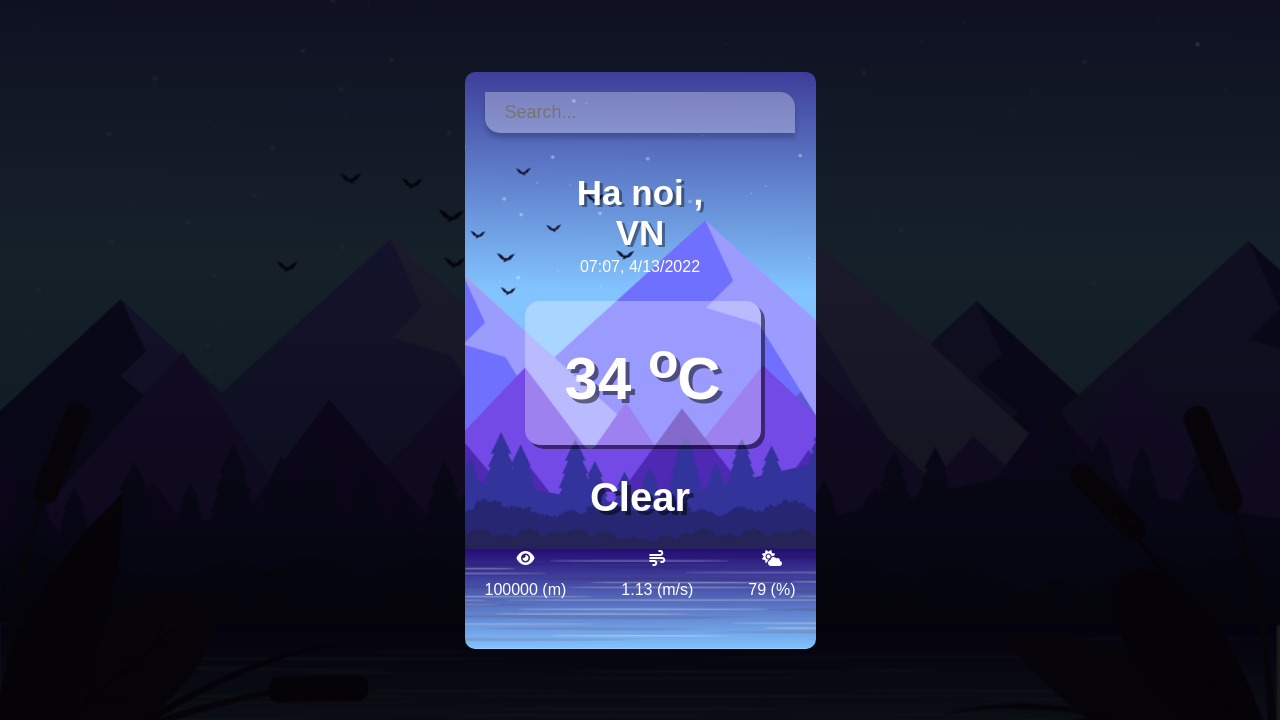
Repository: nganha241/weather-app
Page: index.html
These files come from the project's save history. The page is drawn as it stood at one moment and after the next save; the edit follows.
The browser window is 1280 px wide. The pictures show the whole page.
The page's requests for data from a server got no answer. Some web libraries are served in a nearby version.

Above is the page before, as saved 2022-04-14 09:24:25.

After the next save:
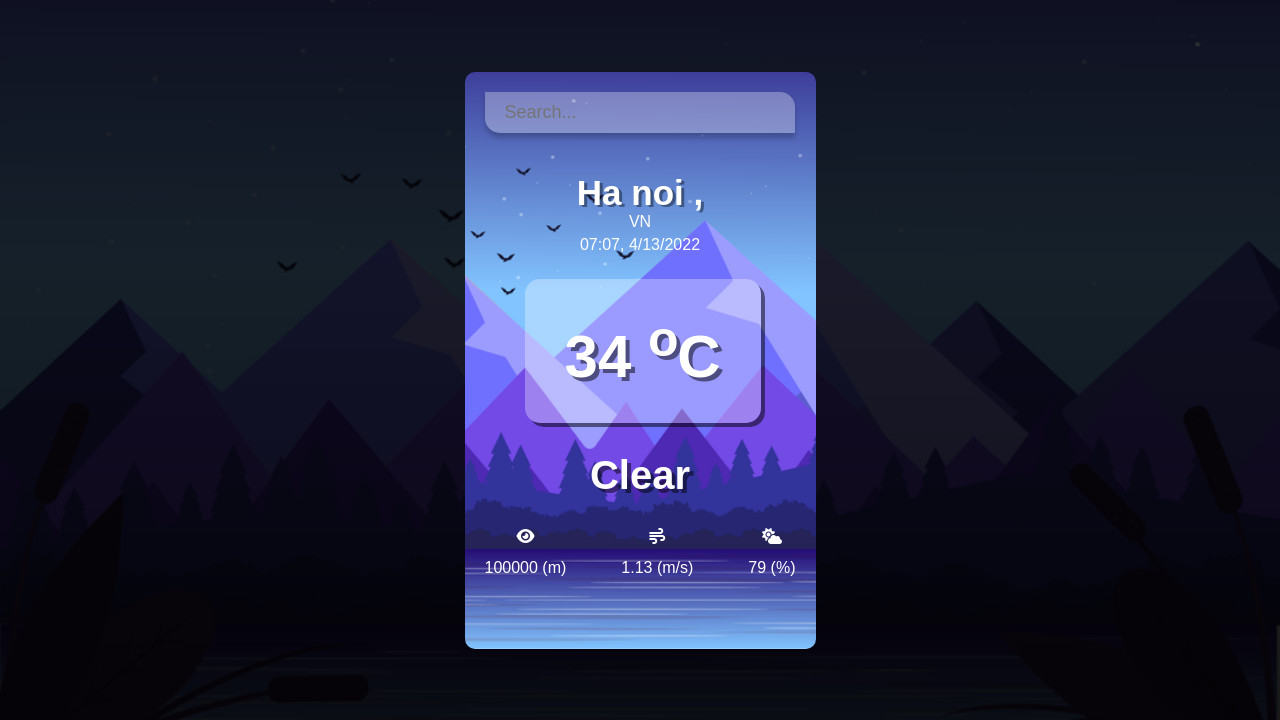
Saved 13 s later.
--- a/index.html
+++ b/index.html
@@ -13,10 +13,8 @@
         <input type="text" placeholder="Search..." />
       </div>
       <div class="content">
-        <div class="city">
-          Ha noi ,
-          <div class="country">VN</div>
-        </div>
+        <div class="city">Ha noi ,</div>
+        <div class="country">VN</div>
         <div class="time">07:07, <span class="date">4/13/2022</span></div>
         <div class="deg">
           <p>34 <sup>o</sup> C</p>
